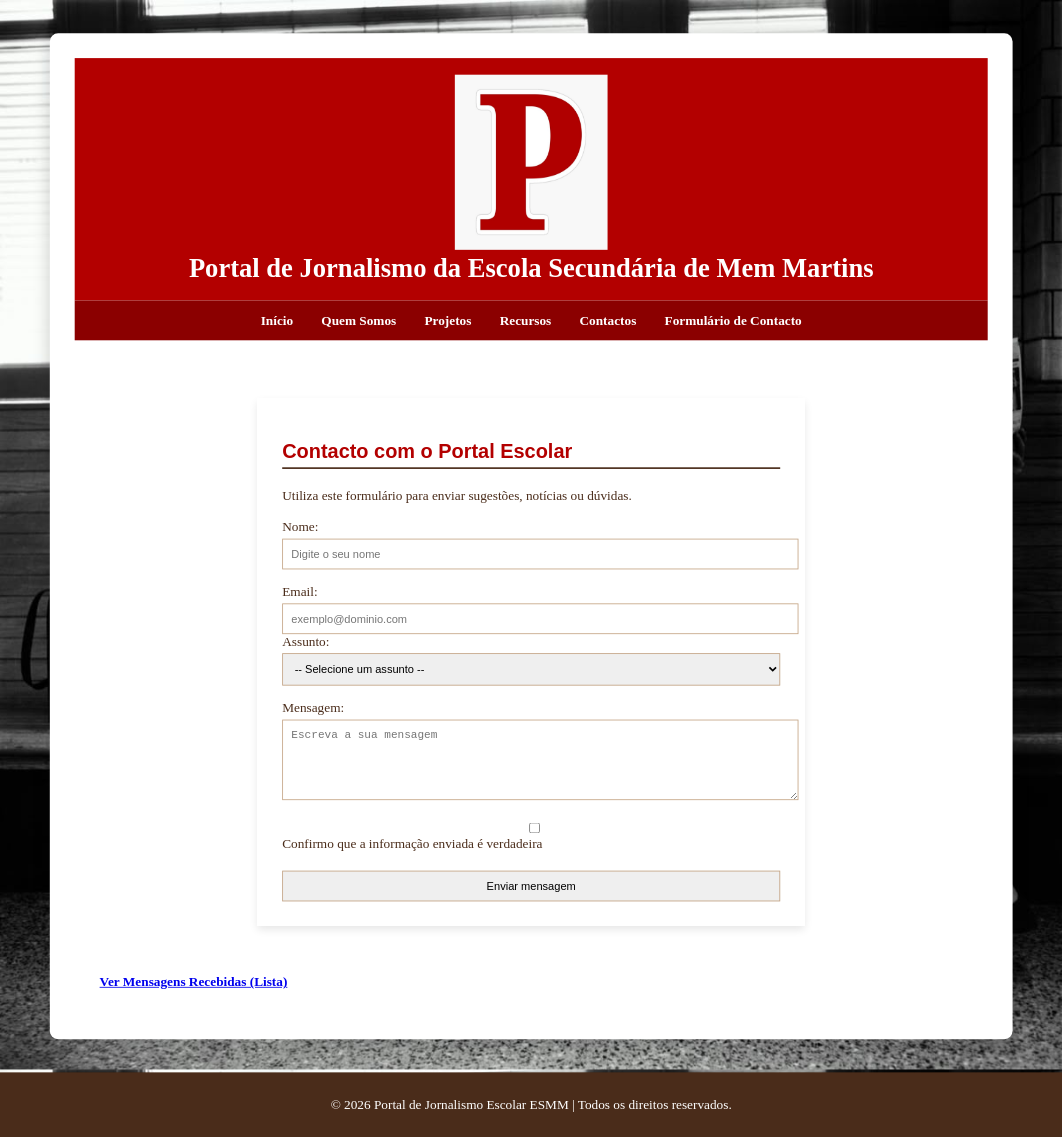
Repository: Sofiampsantos/Portal-de-Jornalismo-Escolar
Page: http://localhost/FormularioContacto/contato.jsp
These files come from the project's save history. The page is drawn as it stood at one moment and after the next save; the edit follows.
The browser window is 1280 px wide. The pictures show the whole page, at 83% of full size.
Backgrounds fixed to the window are drawn as part of the page. Some web fonts or font styles are not loaded; a fallback is used. The page is served by Tomcat 10.

Above is the page before, as saved 2026-05-23 19:23:13.
Console error: TypeError: Cannot set properties of null (setting 'innerText')

After the next save:
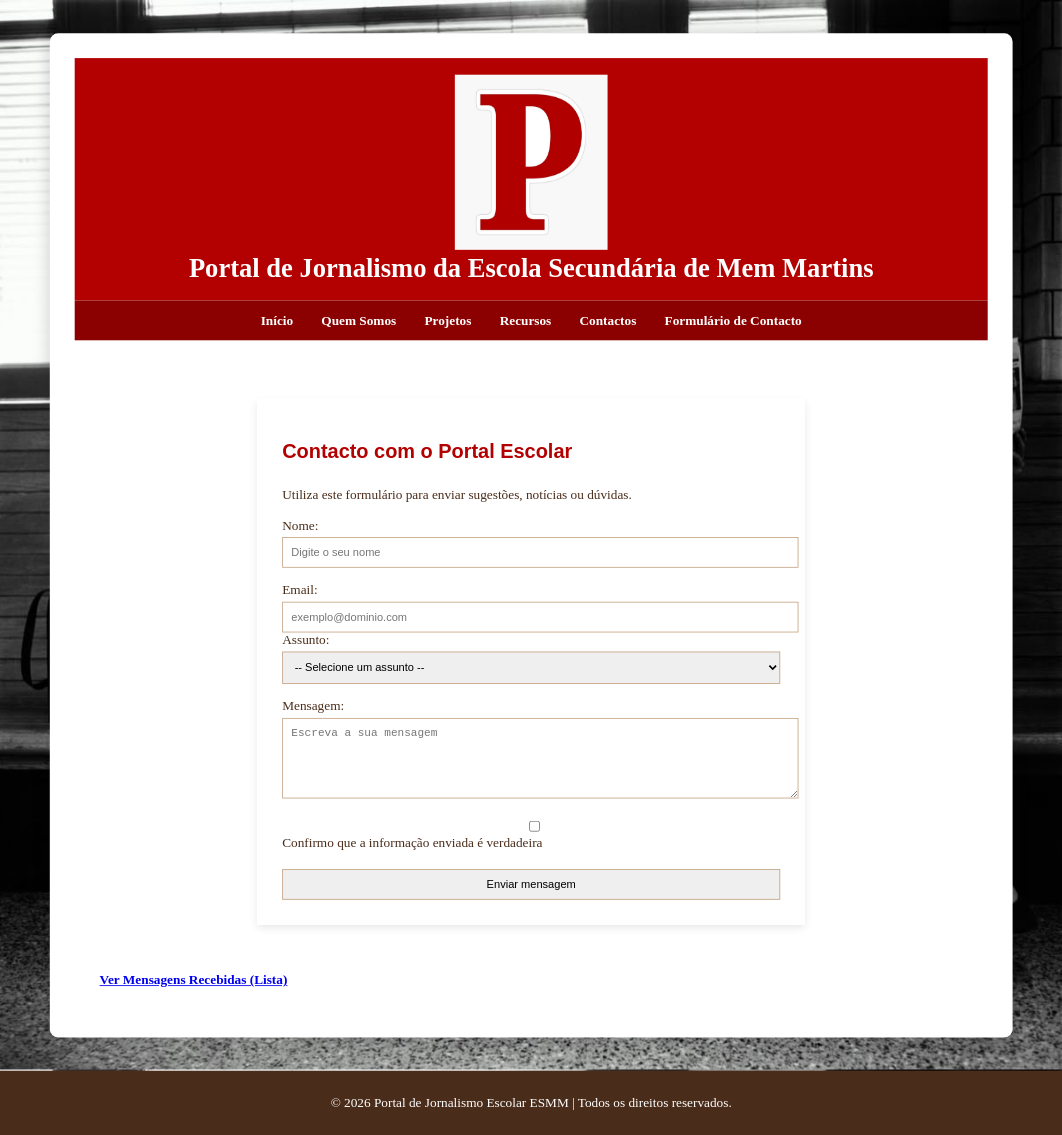
Saved 41 s later.
--- a/ProjetoProgV2/FormularioContacto/src/main/webapp/styles/estilo.css
+++ b/ProjetoProgV2/FormularioContacto/src/main/webapp/styles/estilo.css
@@ -1,5 +1,5 @@
 @charset "UTF-8";
-@import url('https://fonts.googleapis.com/css2?family=League+Spartan:wght@400;600;700&display=swap');
+@import url('https://fonts.googleapis.com/css2?family=League+Spacer:wght@400;600;700&display=swap');
 
 
 /* ===== ESTILO GERAL ===== */
@@ -63,7 +63,6 @@ nav a:hover {
 
 h2 {
     color: #b30000;
-    border-bottom: 2px solid #4a2c1a;
     padding-bottom: 5px;
     font-family: 'League Spartan', Arial, sans-serif;
 }
